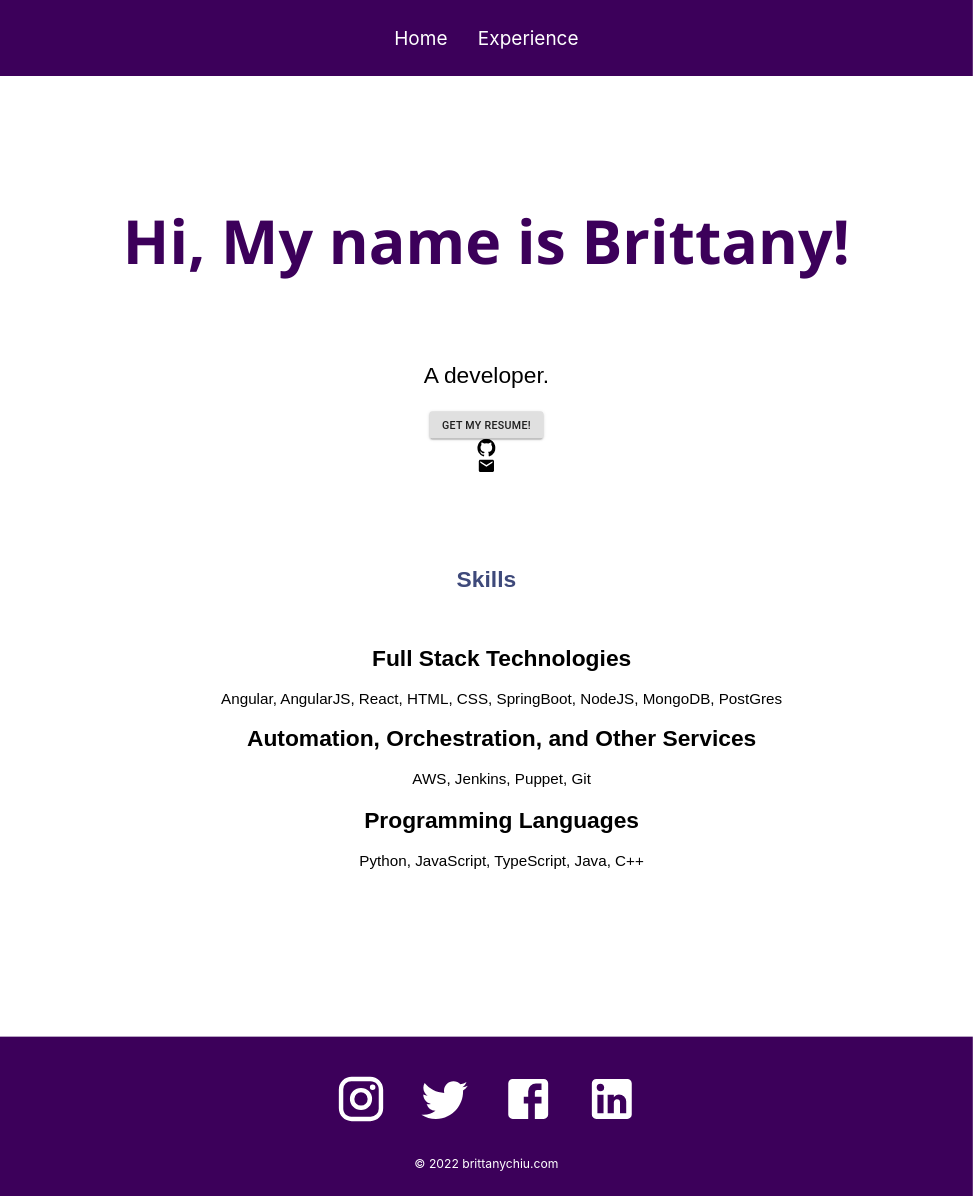
Repository: chiubacca94/chiufolio
Page: /
These files come from the project's save history. The page is drawn as it stood at one moment and after the next save; the edit follows.
The browser window is 1280 px wide. The pictures show the whole page, at 76% of full size.
The project was rebuilt for these pictures with package versions that can differ from the ones it lists, and the page was loaded fresh each time. Also part of the build but not shown: src/components/Projects/Projects.js, src/components/Experiences/Experiences.js.

Above is the page before, as saved 2022-07-04 12:39:42.

After the next save:
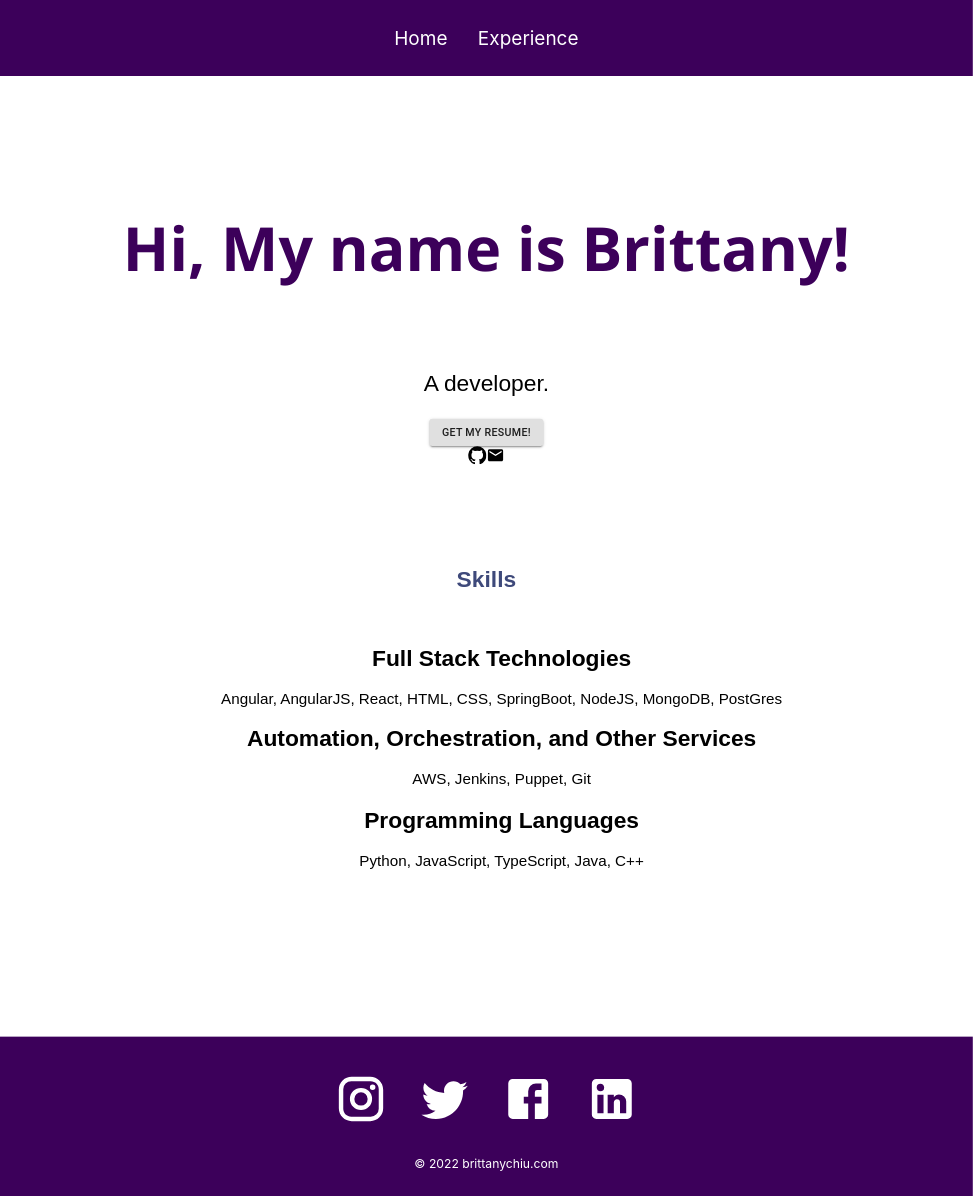
Saved 40 s later.
--- a/src/components/Home/Home.js
+++ b/src/components/Home/Home.js
@@ -11,8 +11,10 @@ export default function Home() {
             <h2>Hi, My name is Brittany!</h2>
             <div className='prompt'><p> A developer.</p></div>
             <Button variant='contained'>Get my Resume!</Button>
-            <GitHubIcon />
-            <EmailIcon />
+            <div>
+                <GitHubIcon />
+                <EmailIcon />
+            </div>
         </div>
         <section className='skills'>
             <h1>Skills</h1>
